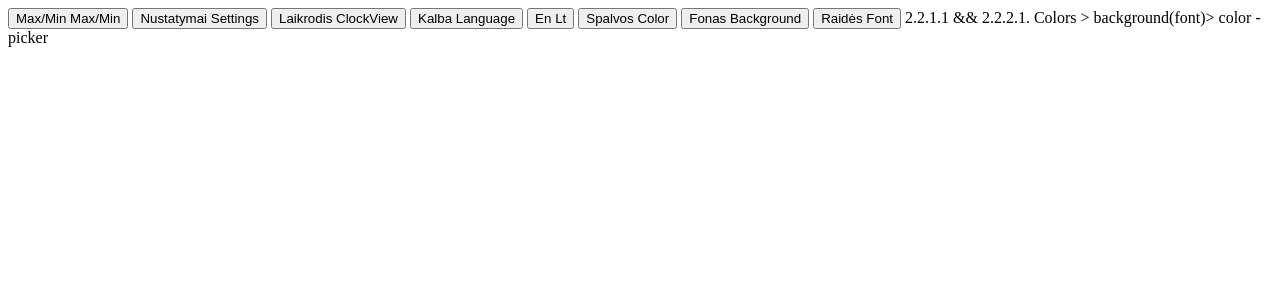
Repository: Skaidrius/WordClock
Page: directives/clock-buttons.html
The author's editor kept a record of every edit. The page is drawn from the files as they stood at one moment, then again after the next edit.
The browser window is 1280 px wide. The pictures show the whole page.

Above is the page before.

### directives/clock-buttons.html
<!--BUTTONS/SETTINGS -->

<!--1. CLOCK Min/max-->
<button ng-show="change">
    <span ng-show="lt" ng-click="timeLt.changeClass(); change=!change">Max/Min</span>
    <span ng-show="en" ng-click="timeEn.changeClass(); change=!change">Max/Min</span>
</button>

<!--2. Settings-->
<button ng-show="change" ng-init="en=true" ng-click="sets=!sets; color=false; lang=false; picker=false">
    <span ng-show="lt">Nustatymai</span>
    <span ng-show="en">Settings</span>
</button>

<!--3. Back -->
<button ng-show="change" ng-init="en=true" ng-click="change=!change; sets=false">
    <span ng-show="lt">Laikrodis</span>
    <span ng-show="en">ClockView</span>
</button>

<!--3.1. Language -->
<button ng-show="change && sets" ng-click="lang=!lang; color=false">
    <span ng-show="lt">Kalba</span>
    <span ng-show="en">Language</span>
</button>

<!--2.1.1. Language > pick language button-->
<button ng-show="change && sets && lang">
    <span ng-show="lt" ng-click="en=true; lt=false; change=!change">En</span>
    <span ng-show="en" ng-click="en=false; lt=true; change=!change">Lt</span>
</button>

<!--2.2. Colors -->
<button ng-show="change && sets" ng-click="color=!color; lang=false">
    <span ng-show="lt">Spalvos</span>
    <span ng-show="en">Color</span>
</button>

<!--2.2.1. Colors > background-->
<button ng-show="change && sets && color" ng-click="picker=!picker">
    <span ng-show="lt">Fonas</span>
    <span ng-show="en">Background</span>
</button>

<!--2.2.2. Colors > font-->
<button ng-show="change && sets && color" ng-click="picker=!picker">
    <span ng-show="lt">Raidės</span>
    <span ng-show="en">Font</span>
</button>

2.2.1.1 && 2.2.2.1. Colors > background(font)> color - picker
<div ng-show="picker" class='preview' style='color:{{color | toHex}};'></div>
<picker ng-show="picker" color='color'></picker>

After the next edit:
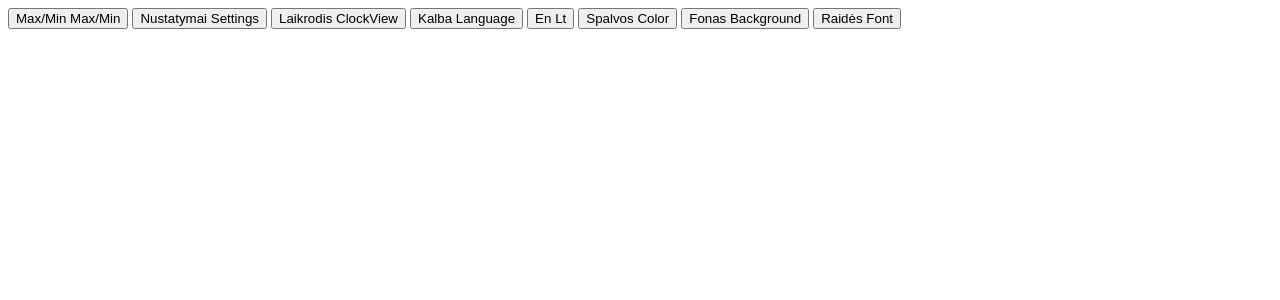
The edit:
--- a/directives/clock-buttons.html
+++ b/directives/clock-buttons.html
@@ -48,6 +48,6 @@
     <span ng-show="en">Font</span>
 </button>
 
-2.2.1.1 && 2.2.2.1. Colors > background(font)> color - picker
+<!--2.2.1.1 && 2.2.2.1. Colors > background(font)> color - picker-->
 <div ng-show="picker" class='preview' style='color:{{color | toHex}};'></div>
 <picker ng-show="picker" color='color'></picker>
